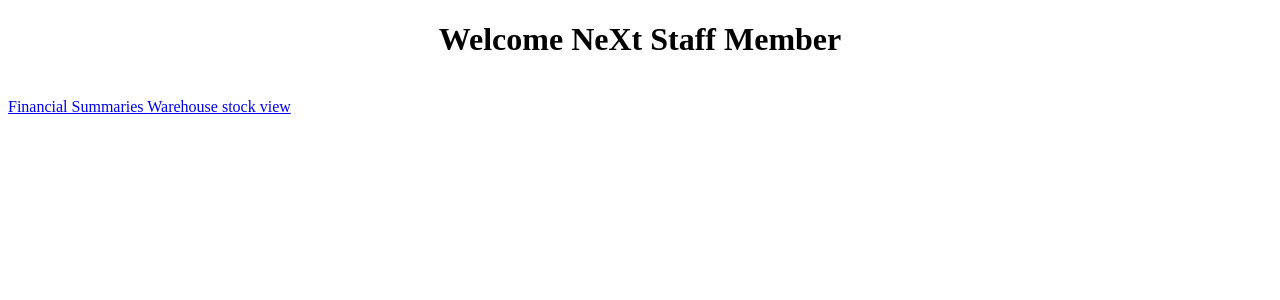
Repository: rstevenson6/304Project
Page: http://localhost/GroupProject/Admin.jsp
These files come from the project's save history. The page is drawn as it stood at one moment and after the next save; the edit follows.
The browser window is 1280 px wide. The pictures show the whole page.
The page is served by Tomcat 9. Other server files are loaded and not shown.

Above is the page before, as saved 2016-11-28 06:08:21.

### GroupProject/WebContent/Admin.jsp
<%@ page language="java" contentType="text/html; charset=ISO-8859-1"
    pageEncoding="ISO-8859-1"%>
<!DOCTYPE html PUBLIC "-//W3C//DTD HTML 4.01 Transitional//EN" "http://www.w3.org/TR/html4/loose.dtd">
<html>
<head>
<meta http-equiv="Content-Type" content="text/html; charset=ISO-8859-1">
<title>Insert title here</title>
</head>
<body>
<h1 align="center"> Welcome NeXt Staff Member</h1> </br>
<a href=\"addcart.jsp\"> Financial Summaries </a>
<a href=\"prodInfo.jsp\"> Warehouse stock view </a>


</body>
</html>

After the next save:
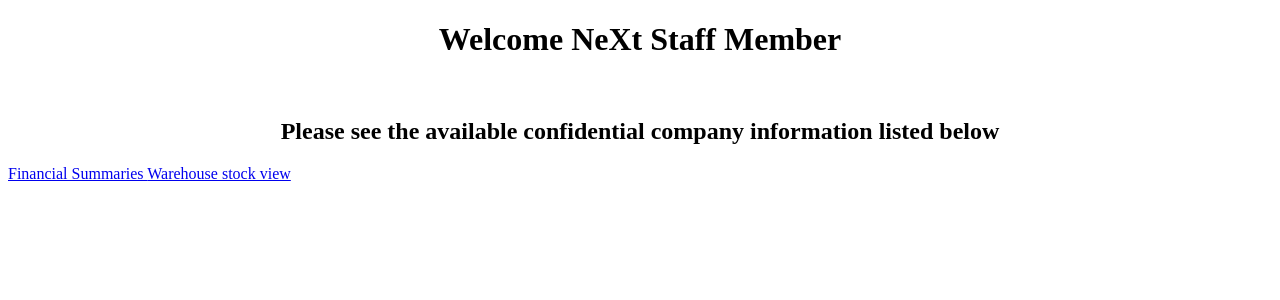
Saved 2 min 40 s later.
--- a/GroupProject/WebContent/Admin.jsp
+++ b/GroupProject/WebContent/Admin.jsp
@@ -8,7 +8,8 @@
 </head>
 <body>
 <h1 align="center"> Welcome NeXt Staff Member</h1> </br>
-<a href=\"addcart.jsp\"> Financial Summaries </a>
+<h2 align="center"> Please see the available confidential company information listed below</h2>
+<a href=\"addcart.jsp\" align="center"> Financial Summaries </a>
 <a href=\"prodInfo.jsp\"> Warehouse stock view </a>
 
 
